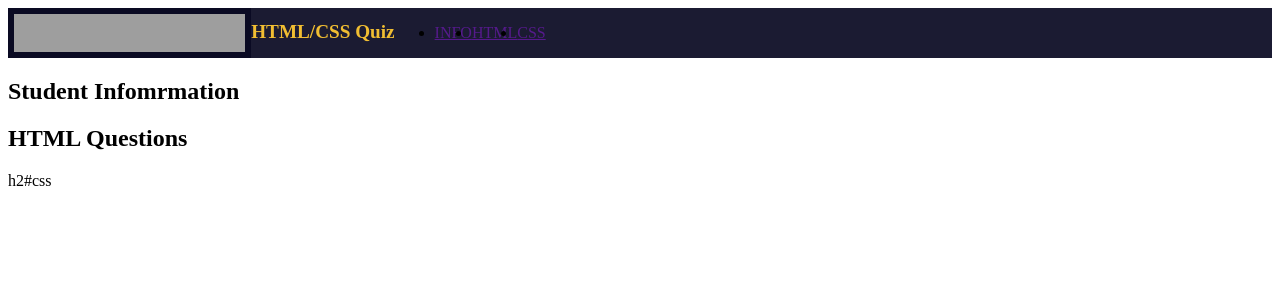
Repository: Lungdjos/accessibility_build_quiz
Page: index.html
An editor plug-in stored every save of this project. The page is shown before and after a run of saves, followed by the edit.
The browser window is 1280 px wide. The pictures show the whole page.
Pictures or frames that could not be fetched are drawn as grey boxes.

Above is the page before, as saved 2023-10-28 04:33:23.

After the next 2 saves:
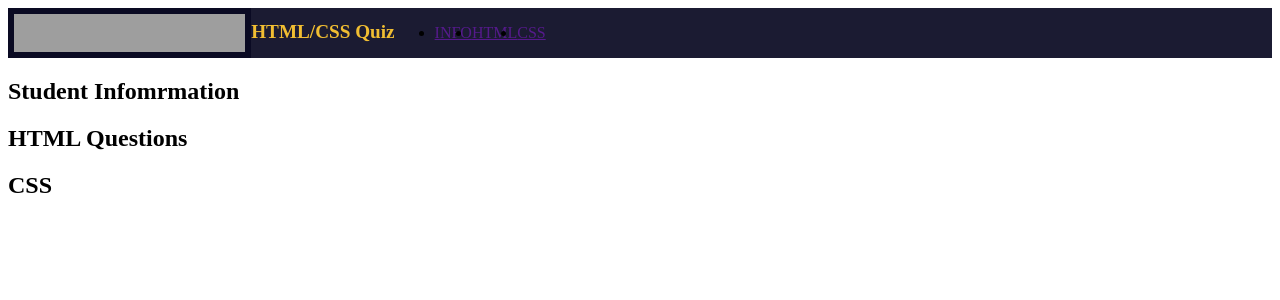
The 2 saves are shown as one change because they came seconds apart.
The last was saved 8 s later.
--- a/index.html
+++ b/index.html
@@ -33,7 +33,7 @@
                 <h2 id="html-questions">HTML Questions</h2>
             </section>
             <section role="region" aria-labelledby="css-questions">
-                h2#css
+                <h2 id="css-questions">CSS</h2>
             </section>
         </form>
     </main>
